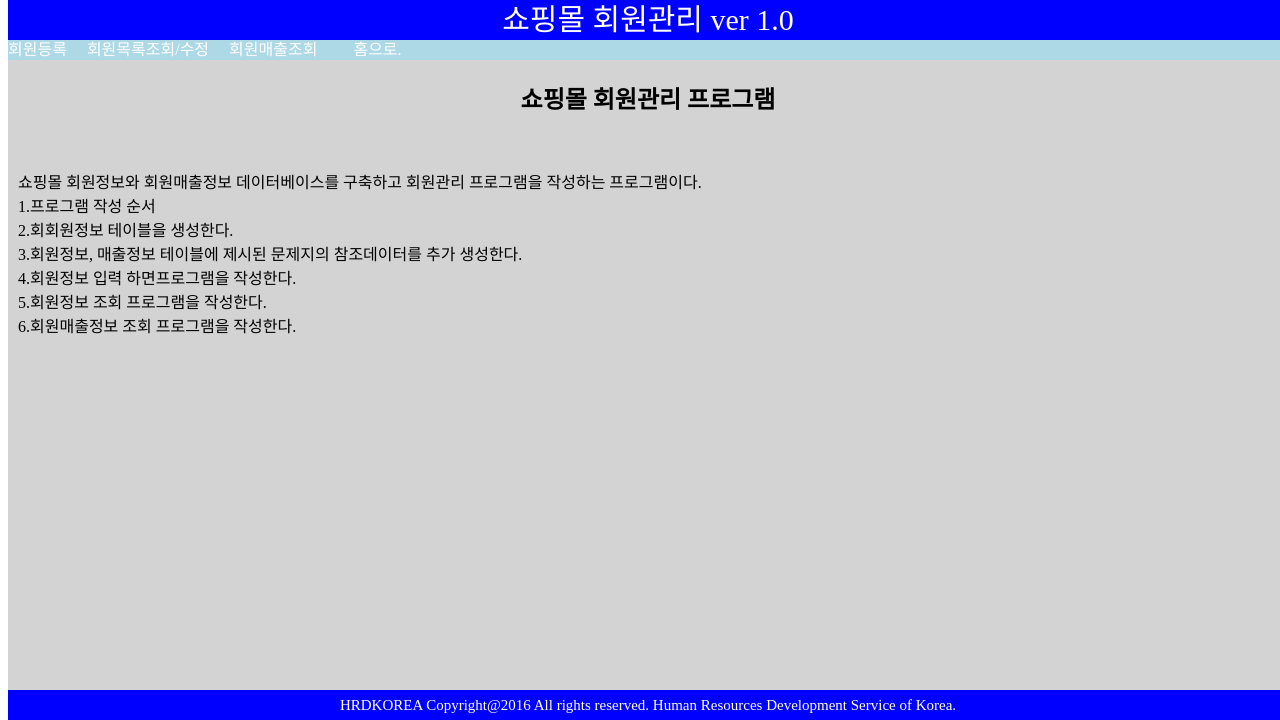
Repository: leesuyeon116/HRD_1
Page: http://localhost/HRD_0416/
An editor plug-in stored every save of this project. The page is shown before and after a run of saves, followed by the edit.
The browser window is 1280 px wide. The pictures show the whole page.
The page is served by Tomcat 9.

Above is the page before, as saved 2024-04-17 01:23:08.

After the next 2 saves:
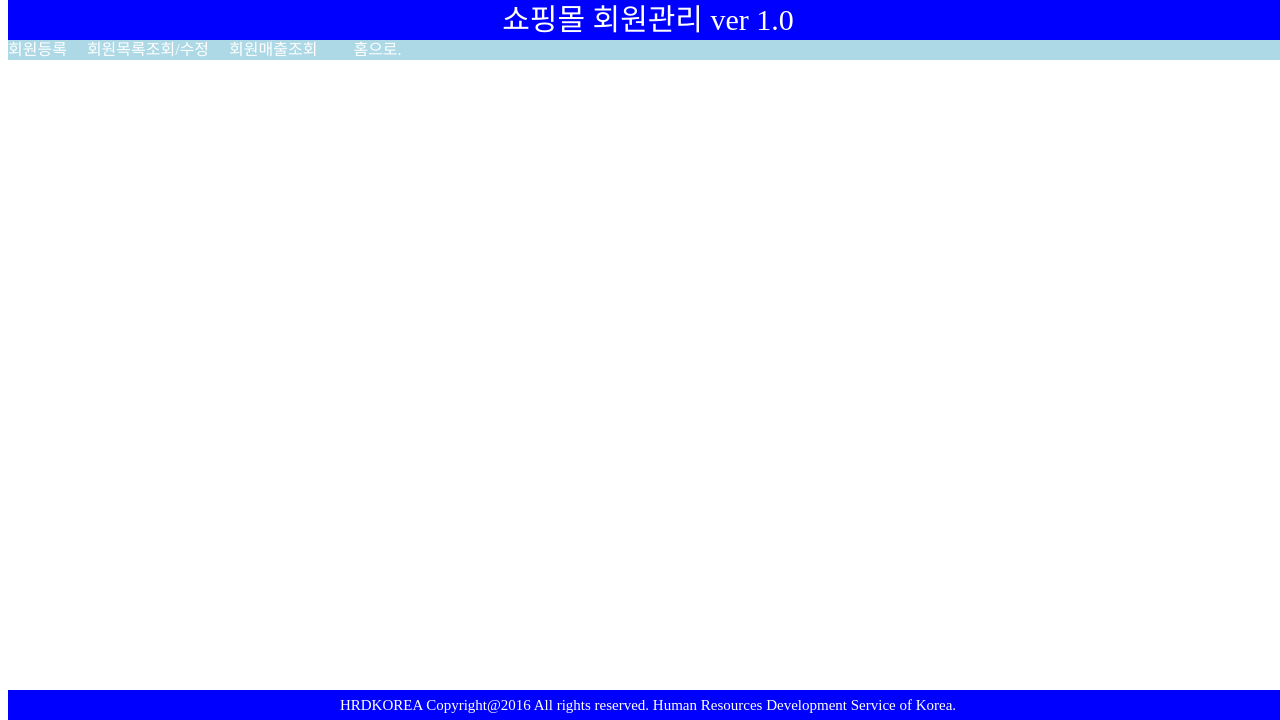
The 2 saves are shown as one change because 1 did not build or start.
The last was saved 77 s later.
--- a/HRD_0416/src/main/webapp/index.jsp
+++ b/HRD_0416/src/main/webapp/index.jsp
@@ -9,18 +9,7 @@
 
 <jsp:include page="header.jsp" />
 
-<section style="position: fixed; top: 60px; width: 100%; height: 100%; background-color: lightgray">
-    <h2 style="text-align: center;"><b>쇼핑몰 회원관리 프로그램</b></h2><br>
-    <p style="padding-left: 10px">
-        쇼핑몰 회원정보와 회원매출정보 데이터베이스를 구축하고 회원관리 프로그램을 작성하는 프로그램이다.<br>
-        1.프로그램 작성 순서<br>
-        2.회회원정보 테이블을 생성한다.<br>
-        3.회원정보, 매출정보 테이블에 제시된 문제지의 참조데이터를 추가 생성한다.<br>
-        4.회원정보 입력 하면프로그램을 작성한다.<br>
-        5.회원정보 조회 프로그램을 작성한다.<br>
-        6.회원매출정보 조회 프로그램을 작성한다.<br>
-    </p>
-</section>
+
 
 <jsp:include page="footer.jsp" />
 </body>
